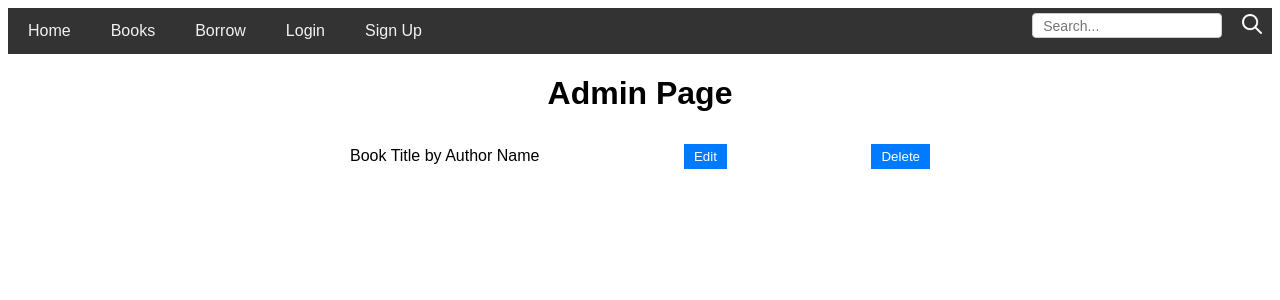
Repository: fadyesk12/Web-Technology-Course-Project
Page: auth/admin.html
The author's editor kept a copy of each file at every save. The page is drawn from the files as they stood at one save, then again after the next save.
The browser window is 1280 px wide. The pictures show the whole page.

Above is the page before, as saved 2024-04-20 09:26:46.

### auth/admin.html
<!DOCTYPE html>
<html lang="en">

<head>
    <meta charset="UTF-8">
    <meta name="viewport" content="width=device-width, initial-scale=1.0">
    <title>Admin Page</title>
    <link rel="stylesheet" href="../Styling/admin.css">
</head>

<body>
    <div id="navbar">
        <a href="../index.html">Home</a>
        <a href="../book_list.html">Books</a>
        <a href="../borrow.html">Borrow</a>
        <a href="../auth/login.html">Login</a>
        <a href="../auth/signup.html">Sign Up</a>
        <div class="search">
            <form action="" method="get">
                <input type="text" placeholder="Search...">
                <button type="submit"><img src="../PICS/search.png"></button>
            </form>
        </div>
    </div>
    <h1>Admin Page</h1>
    <div id="bookList">
        <div class="book-row">
            <span>Book Title by Author Name</span>
            <button>Edit</button>
            <button>Delete</button>
        </div>
    </div>
</body>

</html>

### Styling/admin.css
#navbar {
    overflow: hidden;
    background-color: #333;
}

#navbar a {
    float: left;
    display: block;
    color: #f2f2f2;
    text-align: center;
    padding: 14px 20px;
    text-decoration: none;
}

#navbar a:hover {
    background-color: #ddd;
    color: black;
}

body {
    font-family: Arial, sans-serif;
}

.container {
    max-width: 600px;
    margin: 50px auto;
    padding: 20px;
    border: 1px solid #ddd;
    border-radius: 5px;
    background-color: #f9f9f9;
    box-shadow: 0 0 10px rgba(0, 0, 0, 0.1);
}


label {
    display: block;
    font-weight: bold;
    margin-bottom: 5px;
}

h1,
h2 {
    text-align: center;
}



input[type="text"],
input[type="password"],
input[type="email"],
select {
    width: 100%;
    padding: 10px;
    border: 1px solid #ccc;
    border-radius: 4px;
    box-sizing: border-box;
}

input[type="submit"] {
    width: 100%;
    background-color: #4CAF50;
    color: #fff;
    padding: 10px 20px;
    border: none;
    border-radius: 4px;
    cursor: pointer;
}

input[type="submit"]:hover {
    background-color: #45a049;
}

.search {
    margin-top: 5px;
    float: right;
}

.search input {
    width: 75%;
    height: 25px;
    font-size: 14px;
}

.search img {
    width: 20px;
}

.search button {
    background-color: #333;
    border: 0;
    height: 25px;
    padding: 0 10px;
}

.search form {
    display: flex;
    justify-content: flex-end;
}
body {
    font-family: Arial, sans-serif;
}

#bookList {
    width: 100%;
    max-width: 600px;
    margin: 0 auto;
}

.book-row {
    display: flex;
    justify-content: space-between;
    align-items: center;
    padding: 10px;
    border-bottom: 1px solid #ccc;
}

.book-row:last-child {
    border-bottom: none;
}

button {
    margin-left: 10px;
    background-color: #007bff;
    color: white;
    border: none;
    padding: 5px 10px;
    cursor: pointer;
}

button:hover {
    background-color: #0056b3;
}

After the next save:
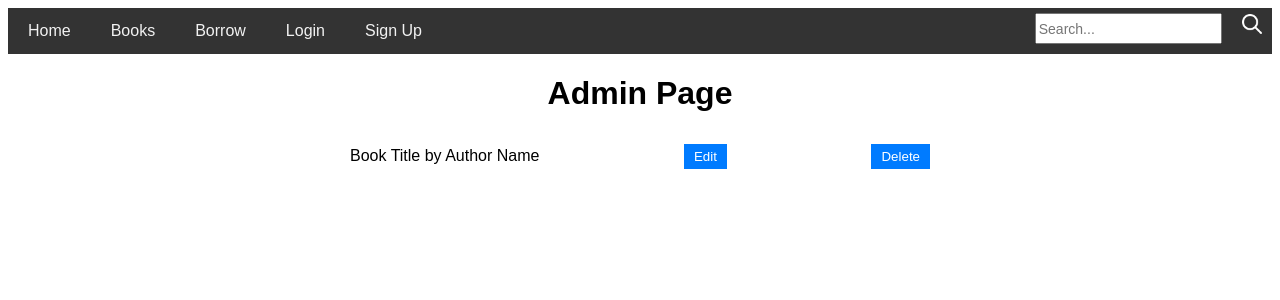
Saved 6 s later.
--- a/Styling/admin.css
+++ b/Styling/admin.css
@@ -45,26 +45,7 @@ h2 {
 
 
 
-input[type="text"],
-input[type="password"],
-input[type="email"],
-select {
-    width: 100%;
-    padding: 10px;
-    border: 1px solid #ccc;
-    border-radius: 4px;
-    box-sizing: border-box;
-}
 
-input[type="submit"] {
-    width: 100%;
-    background-color: #4CAF50;
-    color: #fff;
-    padding: 10px 20px;
-    border: none;
-    border-radius: 4px;
-    cursor: pointer;
-}
 
 input[type="submit"]:hover {
     background-color: #45a049;
